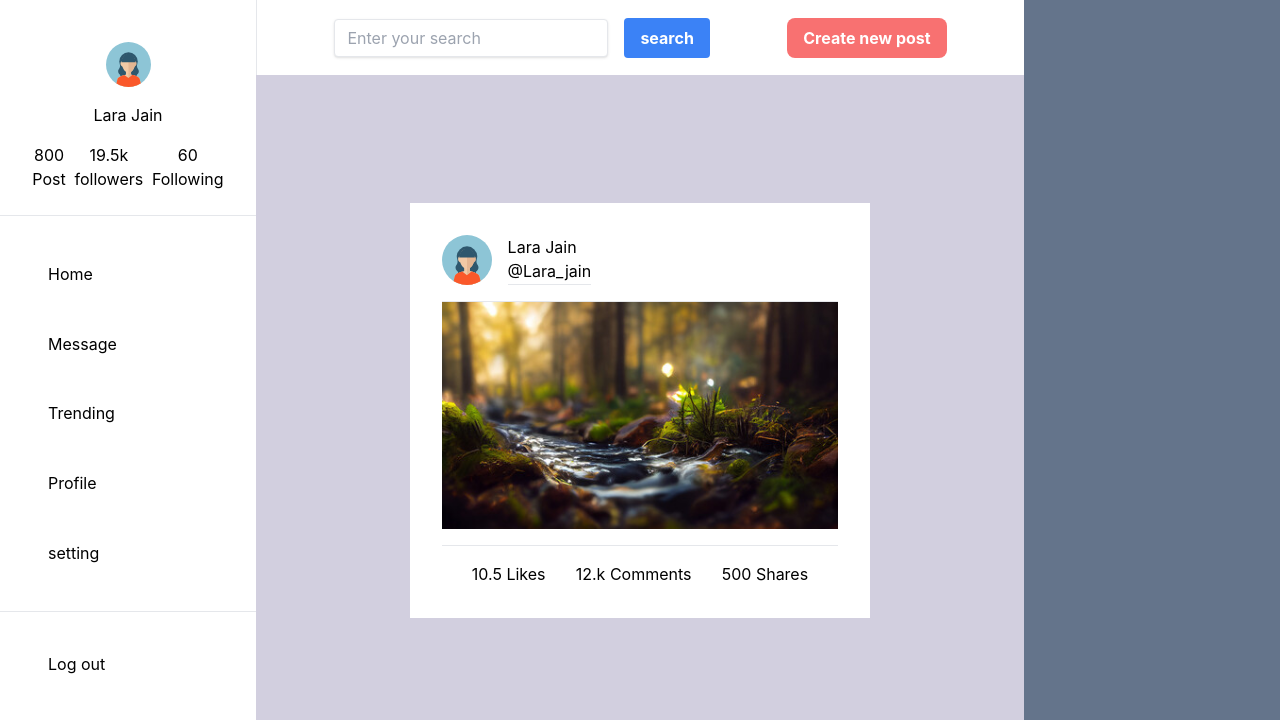
Repository: cosmicswati/upgrad-captions-project
Page: /
These files come from the project's save history. The page is drawn as it stood at one moment and after the next save; the edit follows.
The browser window is 1280 px wide. The pictures show the whole page.
The project was rebuilt for these pictures with package versions that can differ from the ones it lists, and the page was loaded fresh each time. Also part of the build but not shown: src/modules/Authorization/Form.jsx, src/modules/Authorization/index.js.

Above is the page before, as saved 2024-04-09 15:49:55.

After the next save:
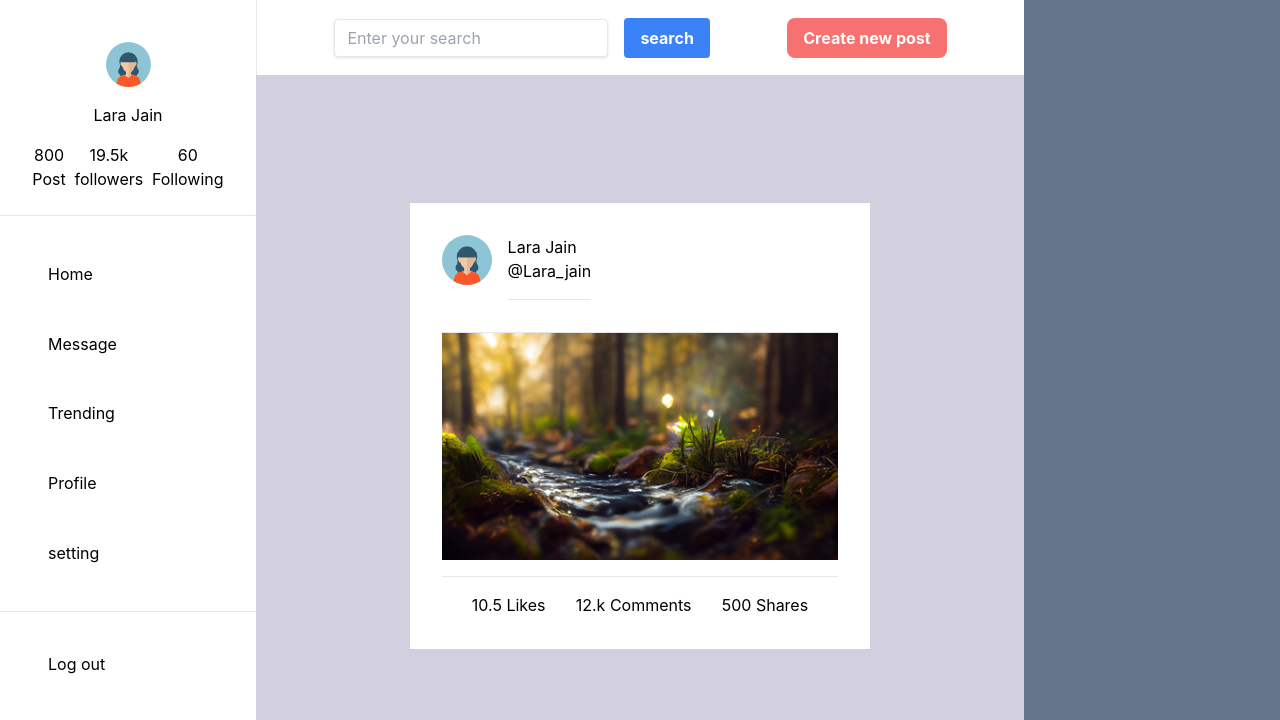
Saved 20 s later.
--- a/src/modules/Home/index.js
+++ b/src/modules/Home/index.js
@@ -50,7 +50,7 @@
             <div className='bg-white w-[60%]  mx-auto mt-32 p-8'>
                 <div className='border-b flex item-center pb-4'>
                     <Avatar width={'50px'} height={'50px'} />
-                   <div className='border-b ml-4'>
+                   <div className='border-b pb-4 mb-4 ml-4'>
                    <h3>Lara Jain</h3>
                     <p>@Lara_jain</p>
                    </div>

After the save that followed:
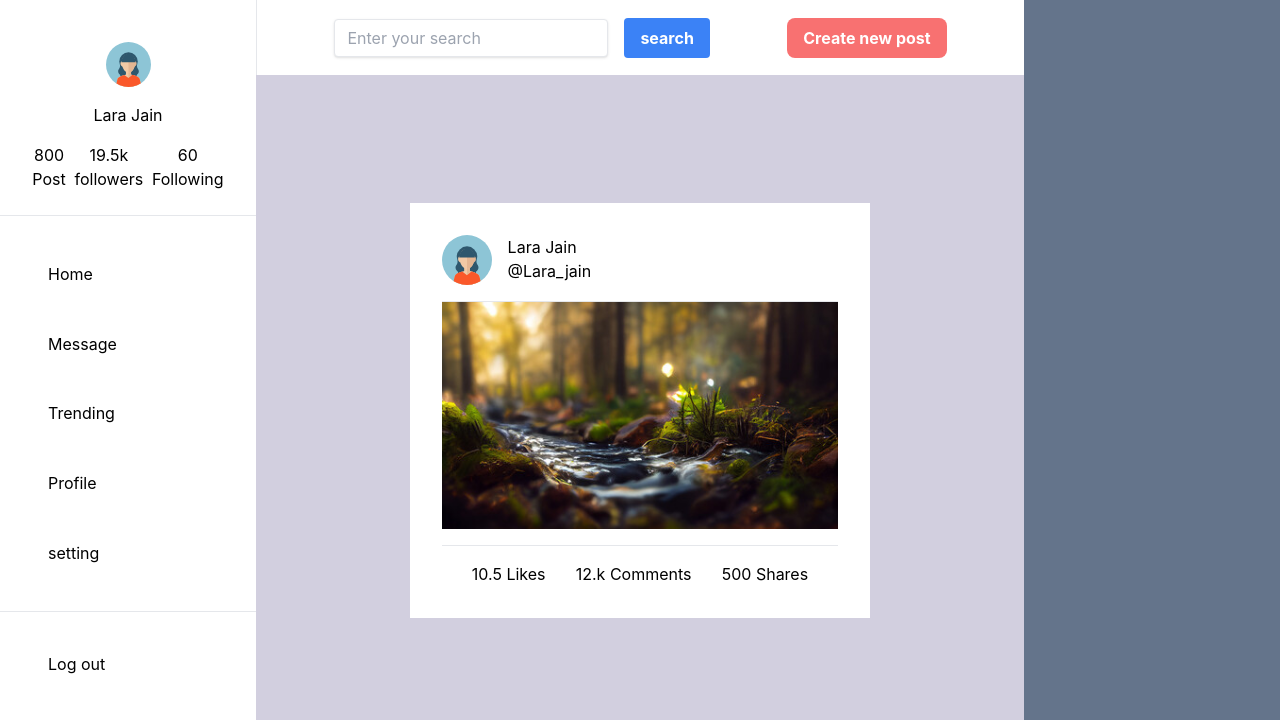
Saved 17 s later.
--- a/src/modules/Home/index.js
+++ b/src/modules/Home/index.js
@@ -50,7 +50,7 @@
             <div className='bg-white w-[60%]  mx-auto mt-32 p-8'>
                 <div className='border-b flex item-center pb-4'>
                     <Avatar width={'50px'} height={'50px'} />
-                   <div className='border-b pb-4 mb-4 ml-4'>
+                   <div className='ml-4'>
                    <h3>Lara Jain</h3>
                     <p>@Lara_jain</p>
                    </div>
